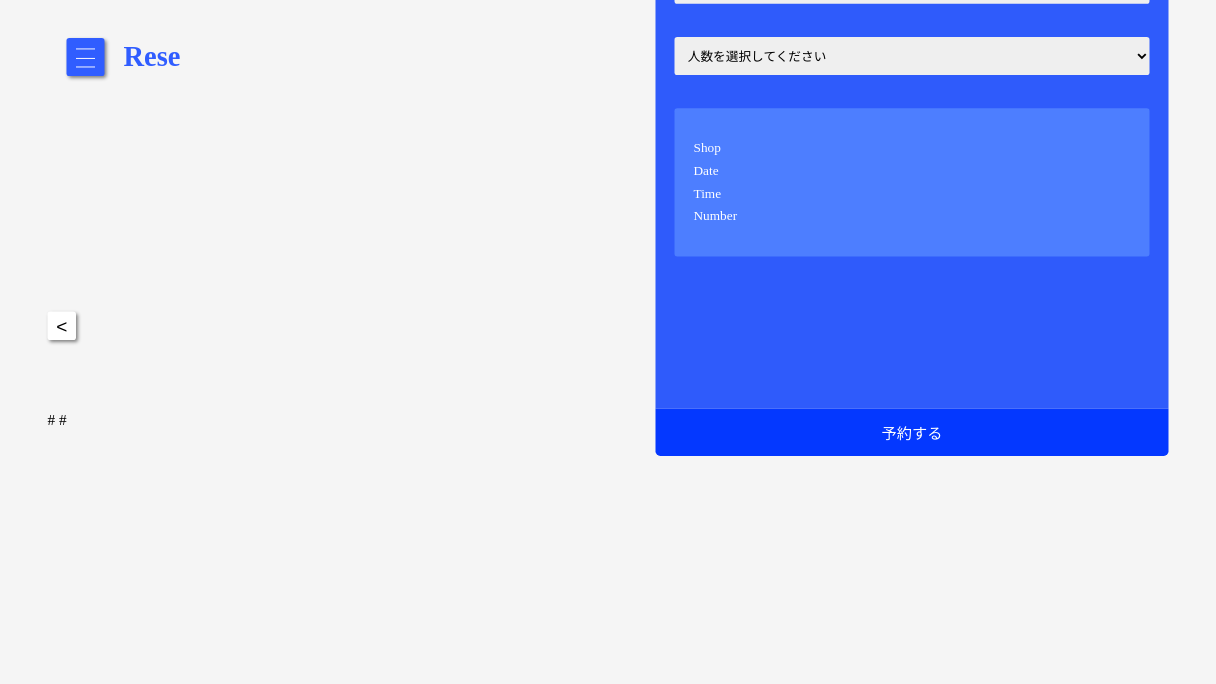
Repository: Haruka-Wada/Rese
Page: src/resources/views/shop_detail.blade.php
The author's editor kept a copy of each file at every save. The page is drawn from the files as they stood at one save, then again after the next save.
The browser window is 1280 px wide. The pictures show the whole page, at 95% of full size.
The page is served by the project's Laravel application, run on PHP 8.4 with Laravel 8. Other server files are loaded and not shown. The template is opened directly, without the code that normally fills it, so the values that code supplies are empty.

Above is the page before, as saved 2024-11-19 14:55:40.

### src/routes/web.php
<?php

use App\Http\Controllers\ReseController;
use Illuminate\Database\Console\Migrations\ResetCommand;
use Illuminate\Support\Facades\Route;
use SebastianBergmann\GlobalState\Restorer;

/*
|--------------------------------------------------------------------------
| Web Routes
|--------------------------------------------------------------------------
|
| Here is where you can register web routes for your application. These
| routes are loaded by the RouteServiceProvider within a group which
| contains the "web" middleware group. Now create something great!
|
*/

Route::get('/', [ReseController::class, 'index']);
Route::get('/detail/{shop_id?}', [ReseController::class, 'detail']);
Route::get('/search', [ReseController::class, 'search']);

Route::middleware(['verified'])->group(function(){
    Route::middleware('auth')->group(function () {
        Route::get('/thanks', [ReseController::class, 'thanks']);
        Route::get('/mypage', [ReseController::class, 'myPage']);
        Route::post('/favorite', [ReseController::class, 'favorite']);
        Route::post('/reservation', [ReseController::class, 'reservation']);
        Route::get('/done', [ReseController::class, 'done']);
        Route::delete('/delete',[ReseController::class, 'reservationDelete']);
        Route::get('/edit', [ReseController::class, 'reservationEdit']);
        Route::patch('/edit/update', [ReseController::class, 'reservationUpdate']);
    });
});

### src/resources/views/shop_detail.blade.php
@extends('layouts/app')

@section('css')
<link rel="stylesheet" href="{{ asset('css/shop_detail.css') }}">
@endsection

@section('main')
<div class="main__container">
    <div class="shop__container">
        <div class="shop__name-area">
            <button onclick="location.href='/'">&lt;</button>
            <h2>{{ $shop->name }}</h2>
        </div>
        <div class="shop__img">
            <img src="{{ $shop->image}}" alt="">
        </div>
        <div class="shop__tag">
            <span>#{{ $shop->area->name }}</span>
            <span>#{{ $shop->genre->name }}</span>
        </div>
        <div class="shop__outline">
            <p>{{ $shop->outline }}</p>
        </div>
    </div>
    <div class="reservation__container">
        <div class="reservation__wrap">
            <div class="reservation__title">
                <h2>予約</h2>
            </div>
            <form action="/reservation" method="post" id="reservation">
                @csrf
                <div class="reservation__form">
                    <input type="hidden" name="shop_id" value="{{ $shop->id }}">
                    <input type="date" name="date" class="reservation__date">
                    <div class="reservation__error">
                        @error('date')
                        {{ $message }}
                        @enderror
                    </div>
                    <select name="time" id="" class="reservation__time">
                        <option disabled selected>時間を選択してください</option>
                        <option value="17:00">17:00</option>
                        <option value="17:30">17:30</option>
                        <option value="18:00">18:00</option>
                        <option value="18:30">18:30</option>
                        <option value="19:00">19:00</option>
                        <option value="19:30">19:30</option>
                        <option value="20:00">20:00</option>
                        <option value="20:30">20:30</option>
                        <option value="21:00">21:00</option>
                        <option value="21:30">21:30</option>
                        <option value="22:00">22:00</option>
                        <option value="22:30">22:30</option>
                        <option value="23:00">23:00</option>
                    </select>
                    <div class="reservation__error">
                        @error('time')
                        {{ $message }}
                        @enderror
                    </div>
                    <select name="number" id="" class="reservation__number">
                        <option disabled selected>人数を選択してください</option>
                        @for($i = 1; $i < 51; $i++)
                            <option value="{{ $i }}">{{ $i }}人</option>
                            @endfor
                    </select>
                    <div class="reservation__error">
                        @error('number')
                        {{ $message }}
                        @enderror
                    </div>
                </div>
            </form>
            <div class="reservation__confirm">
                <dl class="reservation__confirm-list">
                    <dt class="reservation__confirm-item">Shop</dt>
                    <dd class="reservation__confirm-content">{{ $shop->name }}</dd>
                </dl>
                <dl class="reservation__confirm-list">
                    <dt class="reservation__confirm-item">Date</dt>
                    <dd class="reservation__confirm-content" id="date"></dd>
                </dl>
                <dl class="reservation__confirm-list">
                    <dt class="reservation__confirm-item">Time</dt>
                    <dd class="reservation__confirm-content" id="time"></dd>
                </dl>
                <dl class="reservation__confirm-list">
                    <dt class="reservation__confirm-item">Number</dt>
                    <dd class="reservation__confirm-content" id="number"></dd>
                </dl>
            </div>
        </div>
        <div class="reservation__button">
            <button form="reservation">予約する</button>
        </div>
    </div>

    <script type="text/javascript">
        $(function() {
            const date = $('#date');
            $('[name=date]').change(function() {
                const selectedDate = $('[name=date]').val();
                const formatDate = new Date(selectedDate);
                const year = formatDate.getFullYear();
                const month = formatDate.getMonth() + 1;
                const day = formatDate.getDate();
                date.text(year + "/" + month + "/" + day);
            })
        })

        $(function() {
            const time = $('#time');
            $('[name=time]').change(function() {
                const selectedTime = $('[name=time] option:selected').text();
                time.text(selectedTime);
            });
        });

        $(function() {
            const number = $('#number');
            $('[name=number]').change(function() {
                const selectedNumber = $('[name=number] option:selected').text();
                number.text(selectedNumber);
            })
        })
    </script>
    @endsection

### src/resources/views/layouts/app.blade.php
<!DOCTYPE html>
<html lang="ja">

<head>
    <meta charset="UTF-8">
    <meta name="viewport" content="width=device-width, initial-scale=1.0">
    <meta name="csrf-token" content="{{ csrf_token()}}">
    <title>Rese</title>
    <link rel="stylesheet" href="{{ asset('css/sanitize.css') }}">
    <link rel="stylesheet" href="{{ asset('css/app.css') }}">
    @yield('css')
    <script src="https://ajax.googleapis.com/ajax/libs/jquery/3.3.1/jquery.min.js"></script>
</head>

<body>

    <header>
        <div class="header__wrapper">
            <button class="header__nav" onclick="navFunc()"></button>
            <nav class="header__hamburger">
                <ul class="hamburger__menu">
                    <li><a href="/" class="hamburger__menu-link">HOME</a></li>
                    @if(Auth::check())
                    <li>
                        <form action="/logout" method="post">
                            @csrf
                            <button class="hamburger__menu-logout">Logout</button>
                        </form>
                    </li>
                    <li><a href="/mypage" class="hamburger__menu-link">Mypage</a></li>
                    @else
                    <li><a href="/register" class="hamburger__menu-link registration">Registration</a></li>
                    <li><a href="/login" class="hamburger__menu-link">Login</a></li>
                    @endif
                </ul>
            </nav>
            <h1 class="header__logo">Rese</h1>
            @yield('search')
        </div>
    </header>
    <main class="main">
        @yield('main')
    </ま>

    <script type="text/javascript">
        function navFunc() {
            document.querySelector('html').classList.toggle('open');
        }
    </script>
</body>

</html>

### src/public/css/sanitize.css
/*
html5doctor.com Reset Stylesheet
v1.6.1
Last Updated: 2010-09-17
Author: Richard Clark - http://richclarkdesign.com
Twitter: @rich_clark
*/

html,
body,
div,
span,
object,
iframe,
h1,
h2,
h3,
h4,
h5,
h6,
p,
blockquote,
pre,
abbr,
address,
cite,
code,
del,
dfn,
em,
img,
ins,
kbd,
q,
samp,
small,
strong,
sub,
sup,
var,
b,
i,
dl,
dt,
dd,
ol,
ul,
li,
fieldset,
form,
label,
legend,
table,
caption,
tbody,
tfoot,
thead,
tr,
th,
td,
article,
aside,
canvas,
details,
figcaption,
figure,
footer,
header,
hgroup,
menu,
nav,
section,
summary,
time,
mark,
audio,
video {
    margin: 0;
    padding: 0;
    border: 0;
    outline: 0;
    font-size: 100%;
    vertical-align: baseline;
    background: transparent;
}

body {
    line-height: 1;
}

article,
aside,
details,
figcaption,
figure,
footer,
header,
hgroup,
menu,
nav,
section {
    display: block;
}

nav ul {
    list-style: none;
}

blockquote,
q {
    quotes: none;
}

blockquote:before,
blockquote:after,
q:before,
q:after {
    content: '';
    content: none;
}

a {
    margin: 0;
    padding: 0;
    font-size: 100%;
    vertical-align: baseline;
    background: transparent;
}

/* change colours to suit your needs */
ins {
    background-color: #ff9;
    color: #000;
    text-decoration: none;
}

/* change colours to suit your needs */
mark {
    background-color: #ff9;
    color: #000;
    font-style: italic;
    font-weight: bold;
}

del {
    text-decoration: line-through;
}

abbr[title],
dfn[title] {
    border-bottom: 1px dotted;
    cursor: help;
}

table {
    border-collapse: collapse;
    border-spacing: 0;
}

/* change border colour to suit your needs */
hr {
    display: block;
    height: 1px;
    border: 0;
    border-top: 1px solid #cccccc;
    margin: 1em 0;
    padding: 0;
}

input,
select {
    vertical-align: middle;
}

### src/public/css/app.css
body {
    background-color: whitesmoke;
    width: 100vw;
}

.header__wrapper {
    width: 90%;
    height: 60px;
    margin: 0 auto;
    display: flex;
    justify-content: space-between;
    align-items: center;
    padding: 30px 60px;
    position: fixed;
    z-index: 10;
    background-color: whitesmoke;
}

.header__nav {
    padding: 10px;
    margin: 10px;
    border: none;
    outline: none;
    background: none;
    width: 40px;
    height: 40px;
    cursor: pointer;
    background-color: #305DFF;
    box-shadow: 2px 2px 4px gray;
    border-radius: 3px;
    color: white;
}

.header__nav::before {
    content: '';
    display: block;
    height: 1px;
    background-color: currentColor;
    transform: translateY(-8px);
    transition: 0.3s ease-in-out;
    box-shadow: 0 10px currentColor;
}

.header__nav::after {
    content: '';
    display: block;
    height: 1px;
    background-color: currentColor;
    transform: translateY(10px);
    transition: 0.3s ease-in-out;
}

.open .header__nav {
    z-index: 1000;
}

.open .header__nav::before {
    transform: rotate(-45deg);
    box-shadow: none;
}

.open .header__nav::after {
    transform: rotate(45deg);
    box-shadow: none;
}

.header__logo {
    color: #305DFF;
    font-size: 30px;
    position: fixed;
    left: 130px;
    transition: 0.5s;
}

.header__hamburger {
    display: flex;
    justify-content: center;
    align-items: center;
    position: absolute;
    width: 0;
    height: 0;
    top: 45px;
    left: 55px;
    overflow: hidden;
    color: transparent;
    transition: 0.5s ease-in-out;
}

.open .header__hamburger {
    top: 0;
    left: 0;
    width: 100vw;
    height: 100vh;
    background-color: white;
    z-index: 100;
}

.hamburger__menu {
    padding: 10% 0;
}

.hamburger__menu li {
    text-align: center;
    list-style: none;
    line-height: 300%;
}

.hamburger__menu-link {
    color: #305DFF;
    font-size: 25px;
    text-decoration: none;
    font-weight: 550;
}

.hamburger__menu-logout {
    border: none;
    outline: none;
    background-color: white;
    color: #305DFF;
    font-size: 25px;
    margin: 20px;
}

.registration {
    display: inline-block;
    margin: 20px;
}

.main {
    padding-top: 130px;
}

@media screen and (max-width: 768px) {
    .header__wrapper {
        padding: 30px;
    }

    .header__logo {
        left: 100px;
    }

    .main {
        padding-top: 120px;
    }
}

### src/public/css/shop_detail.css
.header__wrapper {
    width: 40%;
}

.main {
    padding: 0;
    display: grid;
    grid-template-rows: 130px 400px;
    grid-template-columns: 50% 1fr;
}

.main__container {
    grid-row: 2/3;
    grid-column: 1/3;
    display: flex;
    align-items: flex-end;
    padding: 50px;
}

.shop__container {
    grid-row: 2/3;
    grid-column: 1/2;
    width: 50%;
    margin-right: 25px;
}

.shop__name-area {
    display: flex;
    align-items: center;
    padding-bottom: 30px;
}

.shop__name-area button {
    width: 30px;
    height: 30px;
    font-size: 20px;
    background-color: white;
    border: none;
    border-radius: 3px;
    box-shadow: 2px 2px 4px gray;
}

.shop__name-area h2 {
    padding-left: 20px;
    font-size: 30px;
}
.shop__img {
    width: 100%;
}

.shop__img img{
    width: 100%;
}

.shop__tag {
    padding: 30px 0;
}

.shop__outline {
    line-height: 1.3;
}

.reservation__container {
    width: 50%;
    position: absolute;
    left: 50%;
    margin-right: 50px;
}

.reservation__wrap {
    background-color: #2F5BFB;
    border-radius: 5px 5px 0 0;
    padding: 20px 20px 160px;
    margin: 0 50px;
}

.reservation__title {
    color: white;
    padding: 20px 0;
    font-size: 24px;
}

.reservation__date {
    width: 40%;
    height: 40px;
    border: none;
    border-radius: 3px;
    padding-left: 10px;
    margin: 15px 0;
}

.reservation__time, .reservation__number{
    width: 100%;
    height: 40px;
    border: none;
    border-radius: 3px;
    padding-left: 10px;
    margin-bottom: 15px;
}

.reservation__confirm {
    background-color: #4D7EFF;
    border-radius: 3px;
    color: white;
    padding: 30px 20px;
}

.reservation__confirm-list {
    font-size: 14px;
    display: flex;
    padding: 5px 0;
}

.reservation__confirm-item {
    width: 25%;
}

.reservation__confirm-content {
    width: 75%;
}
.reservation__button {
    height: 50px;
    display: flex;
    align-items: center;
    margin: 0 50px;
    border-radius: 0 0 5px 5px;
    text-align: center;
}

.reservation__button button {
    width: 100%;
    height: 100%;
    font-size: 16px;
    border: none;
    border-radius: 0 0 5px 5px;
    background-color: #0438FF;
    color: white;
}

.reservation__error {
    color:  white;
    font-size: 14px;
    margin-bottom: 20px;
}

@media screen and (max-width:768px) {
    .header__wrapper {
        width: 100%;
    }

    .main__container {
        display: block;
        padding: 0 30px;
    }

    .shop__container {
        width: 100%;
    }

    .reservation__container {
        width: 100%;
        left: 0px;
        margin-top: 30px;
    }

    .reservation__wrap {
        height: auto;
        margin: 0 30px;
    }

    .reservation__date {
        width: 95%;
    }

    .reservation__button {
        margin: 0 30px;
    }
}

After the next save:
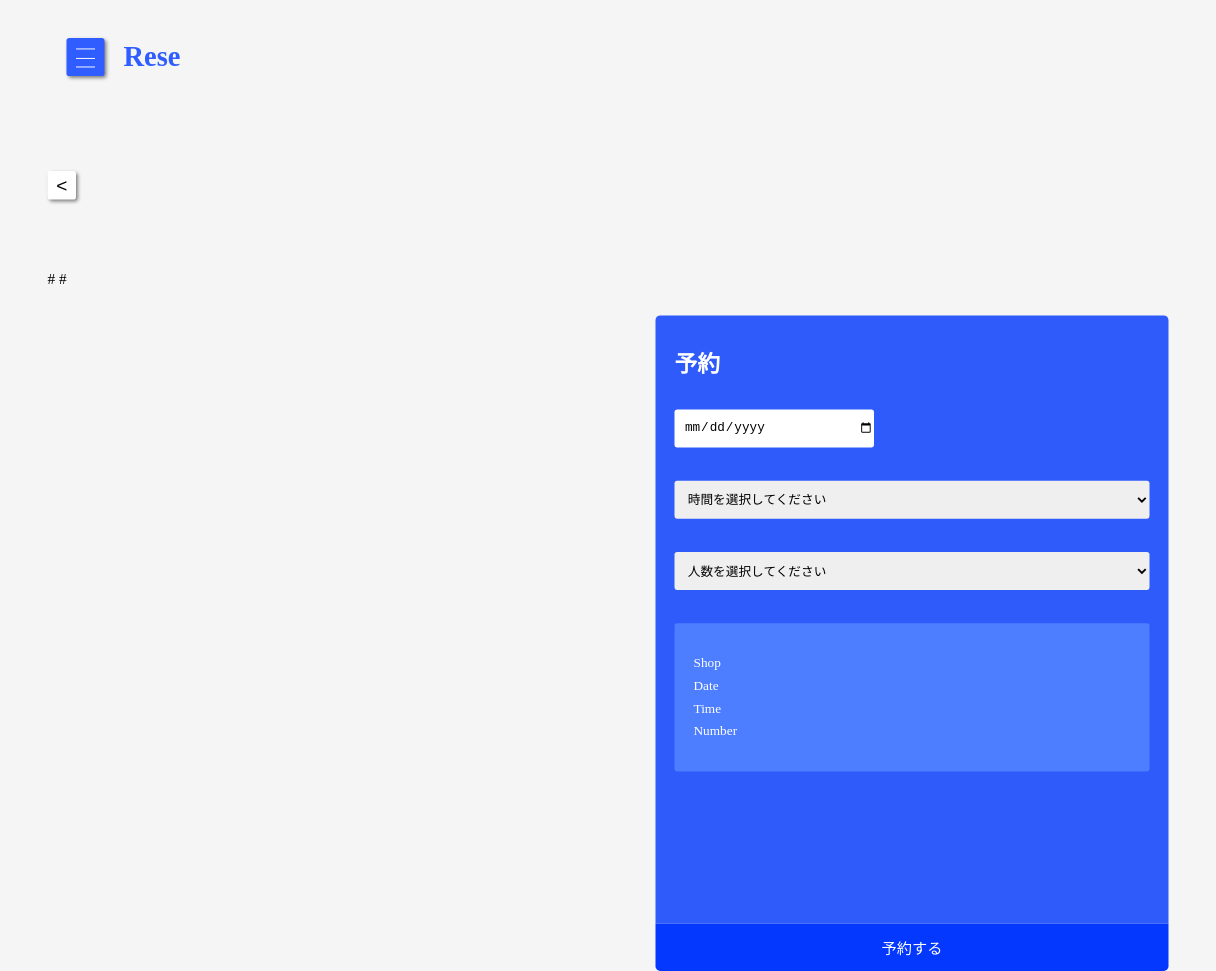
Saved 23 s later.
--- a/src/public/css/shop_detail.css
+++ b/src/public/css/shop_detail.css
@@ -12,8 +12,6 @@
 .main__container {
     grid-row: 2/3;
     grid-column: 1/3;
-    display: flex;
-    align-items: flex-end;
     padding: 50px;
 }
 
